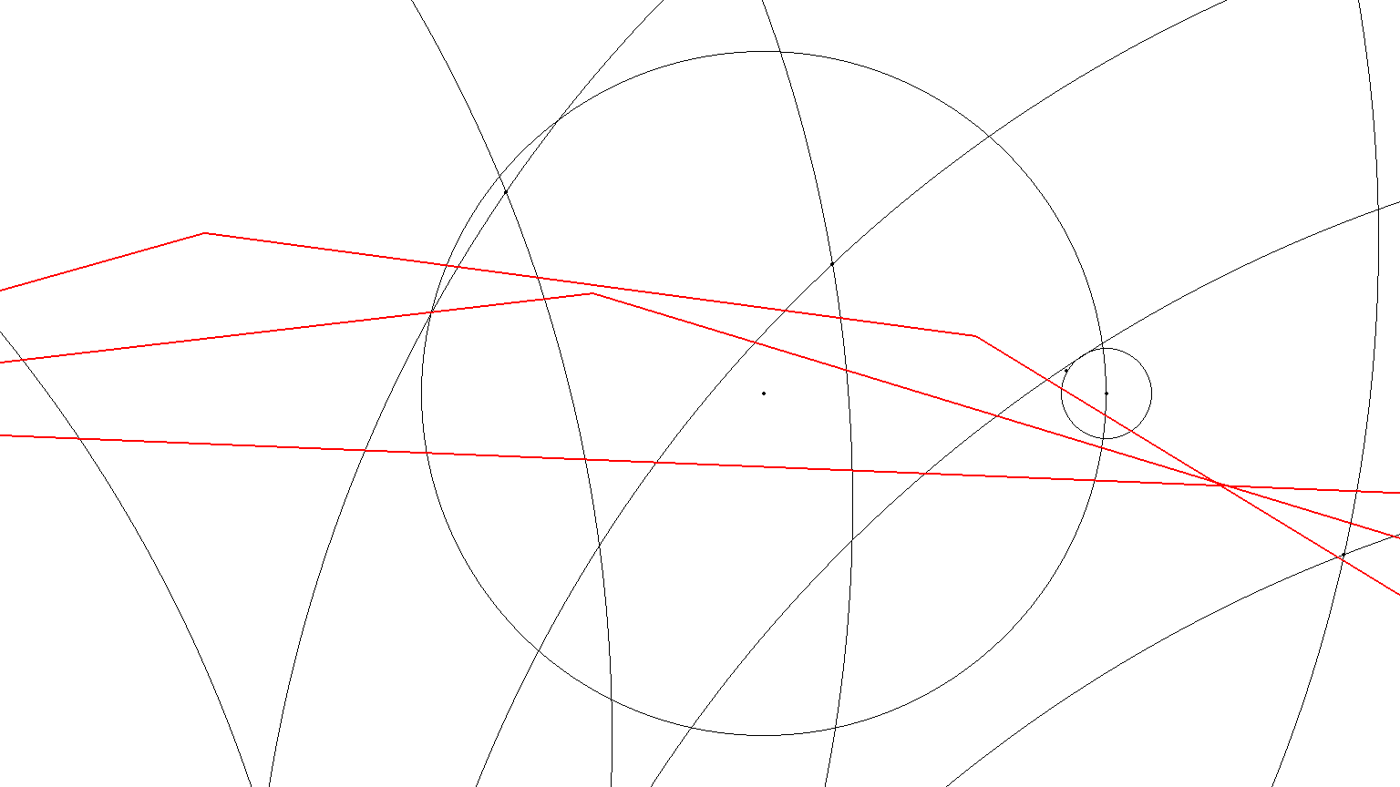
Repository: Liuuuv/animation_cercles
Script's output: python animation cercles.py
An editor plug-in stored every save of this project. The script's output is shown before and after the next save, followed by the edit.
Figures wider than 1,400 px are first shrunk to that width. The window is shown after at most 60 frames with no key pressed. Random numbers start from a fixed seed.

Above is the script's output before, as saved 2024-11-08 18:23:44.

### animation cercles.py
import pygame as py
import math
import random as rd
import time
import scipy
import numpy as np
import scipy.integrate

py.init()



blanc=(255,255,255)
noir=(0,0,0)

rouge=(255,0,0)
vert=(0,255,0)
bleu=(0,0,255)


class Cercle:
    def __init__(self,rayon,vitesse):
        self.vitesse=vitesse
        self.rayon=rayon
        self.pos=None
        self.angle=0

class Marqueur:
    def __init__(self):
        self.pos=[0,0]



class Affichage:
    def __init__(self,facteur):
        self.dimensions=(int(1920*facteur),int(1080*facteur))
        self.fenetre=py.display.set_mode(self.dimensions)
        self.centre=(self.dimensions[0]//2+70,self.dimensions[1]//2)
        self.nb_cercles=nb_cercles


        self.marqueur=Marqueur()

        self.dt=1/120

        self.liste_cercles=[]
        self.liste_rayons=[]
        self.liste_points=[]

        self.calculer_coefficients()
        self.nb_cercles=len(self.liste_rayons)


        self.initialiser_cercles()


    def creer_cercle(self,rayon,vitesse):
        cercle=Cercle(rayon,vitesse)
        self.liste_cercles.append(cercle)
        return cercle

    def initialiser_cercles(self):
        pos=[self.centre[0],self.centre[1]]
        echelle=80
        for n in range(0,self.nb_cercles):
            cercle=self.creer_cercle(self.liste_rayons[n]*echelle,n)
            cercle.pos=pos[:]
            pos[0]+=cercle.rayon

    def mettre_a_jour_cercles(self):
        self.liste_cercles[0].angle+=self.liste_cercles[0].vitesse*self.dt
        for i in range(1,self.nb_cercles):
            self.liste_cercles[i].pos[0]=self.liste_cercles[i-1].pos[0]+self.liste_cercles[i-1].rayon*math.cos(self.liste_cercles[i-1].angle)
            self.liste_cercles[i].pos[1]=self.liste_cercles[i-1].pos[1]+self.liste_cercles[i-1].rayon*math.sin(self.liste_cercles[i-1].angle)

            self.liste_cercles[i].angle+=self.liste_cercles[i].vitesse*self.dt

    def mettre_a_jour_marqueur(self):

        self.marqueur.pos[0]=self.liste_cercles[-1].pos[0]+self.liste_cercles[-1].rayon*math.cos(self.liste_cercles[-1].angle)
        self.marqueur.pos[1]=self.liste_cercles[-1].pos[1]+self.liste_cercles[-1].rayon*math.sin(self.liste_cercles[-1].angle)

        self.liste_points.append(self.marqueur.pos[:])



    def dessiner(self):
        for i in range(len(self.liste_points)-1):
            py.draw.line(self.fenetre,rouge,self.liste_points[i],self.liste_points[i+1],2)

        py.draw.circle(self.fenetre,bleu,self.marqueur.pos,2)

    def dessiner_cercles(self):
        for cercle in self.liste_cercles:
            py.draw.circle(self.fenetre,noir,cercle.pos,2)
            py.draw.circle(self.fenetre,noir,cercle.pos,abs(cercle.rayon),1)

    def fonction(self,t):
        if t<=math.pi:
            return (t/math.pi)+1
        else:
            return (2*t/math.pi)-3

    def exp_complexe(self,t):
        return np.exp(1j*t)

    def calculer_coefficients(self):
        for n in range(self.nb_cercles):
            resultat=scipy.integrate.quad(lambda t:self.fonction(t)*self.exp_complexe(-n*t).real,0,np.pi)[0] + 1j* scipy.integrate.quad(lambda t:self.fonction(t)*self.exp_complexe(-n*t).imag,0,np.pi)[0]
            if resultat.imag<.0001:
                self.liste_rayons.append(resultat.real)
            else:
                self.liste_rayons.append(20)
                print(resultat,n)


    def loop(self):
        horloge=py.time.Clock()

        police=py.font.Font(None, 36)

        # boucle de jeu
        continuer=True
        # time.sleep(0.3)
        while continuer:
            for event in py.event.get():
                if event.type==py.QUIT:
                    continuer=False
                if event.type==py.KEYDOWN:
                    if event.key==py.K_ESCAPE:
                        continuer=False
            horloge.tick(120)
            py.display.set_caption(str(round(horloge.get_fps(),1)))


            self.fenetre.fill(blanc)

            self.dessiner_cercles()
            self.dessiner()

            self.mettre_a_jour_cercles()
            self.mettre_a_jour_marqueur()




            # texte_surface1 = police.render("number of circles: "+str(nb_cercles-1),False,noir)
            # self.fenetre.blit(texte_surface1,(655,200))

            py.display.flip()

        py.quit()


nb_cercles=50




facteur=0.8

affichage=Affichage(facteur)
affichage.loop()

After the next save:
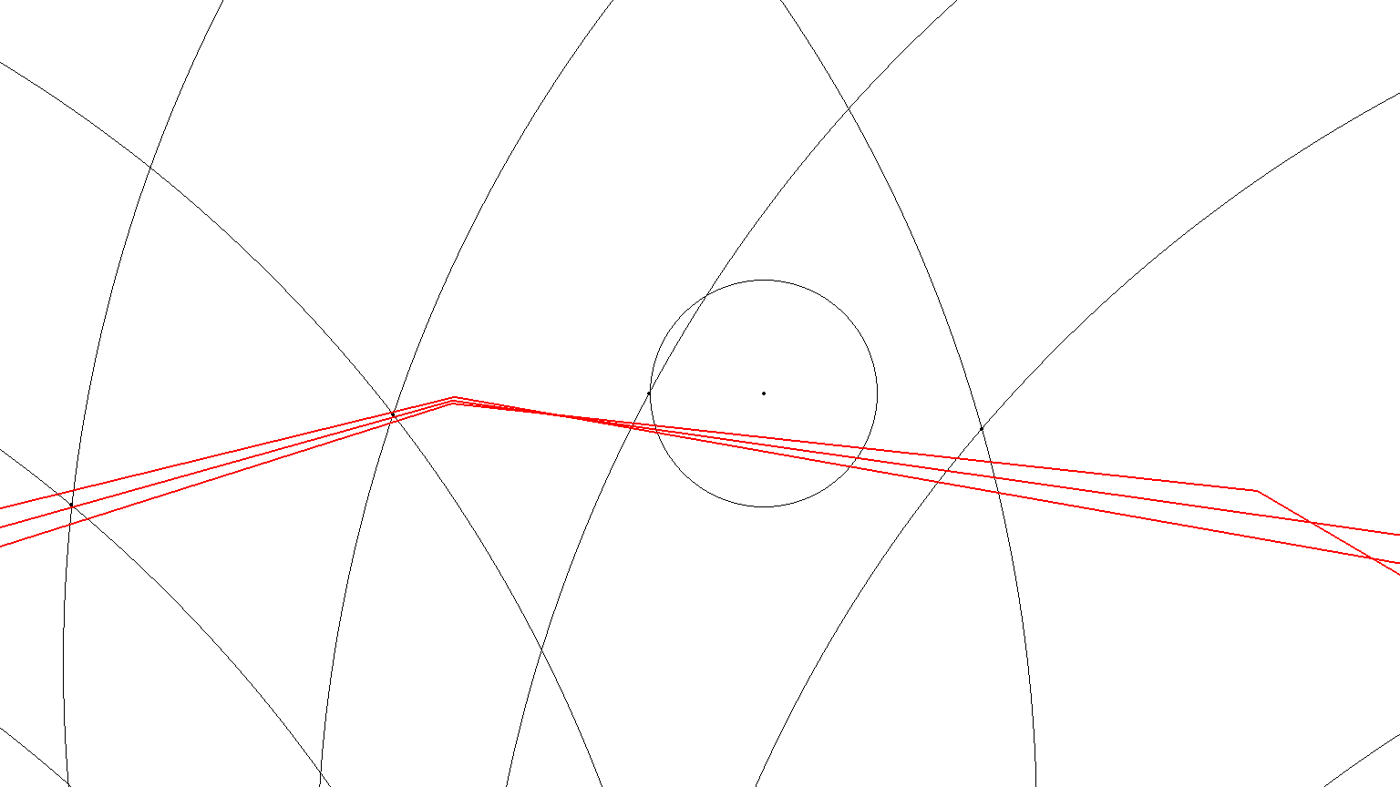
Saved 6 s later.
--- a/animation cercles.py
+++ b/animation cercles.py
@@ -97,7 +97,7 @@ class Affichage:
 
     def fonction(self,t):
         if t<=math.pi:
-            return (t/math.pi)+1
+            return (-3*t/math.pi)+1
         else:
             return (2*t/math.pi)-3
 
